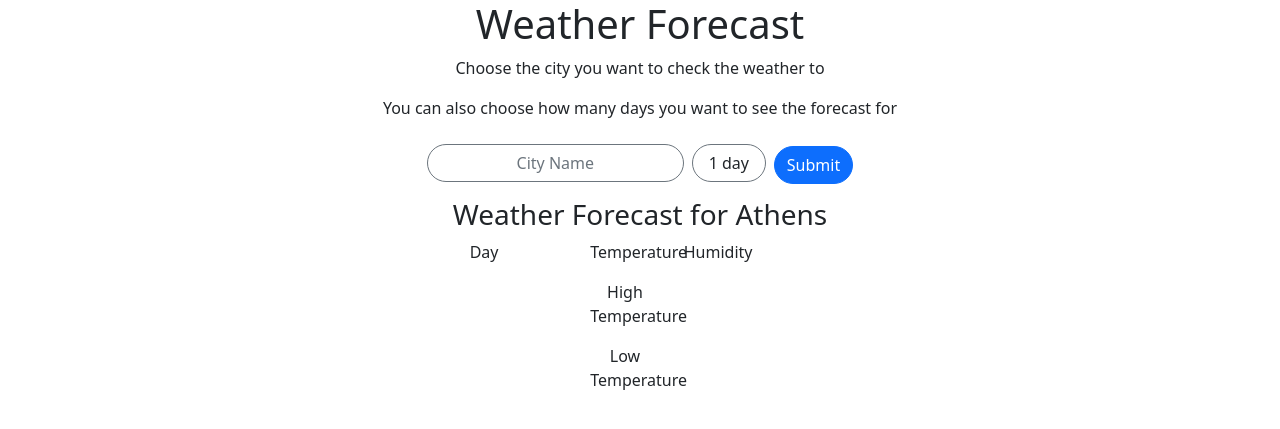
Repository: DimitrisDoxopoulos/my-own-weather-app
Page: /
An editor plug-in stored every save of this project. The page is shown before and after the next save, followed by the edit.
The browser window is 1280 px wide. The pictures show the whole page.
The project was rebuilt for these pictures with package versions that can differ from the ones it lists, and the page was loaded fresh each time.

Above is the page before, as saved 2021-06-03 19:06:35.

After the next save:
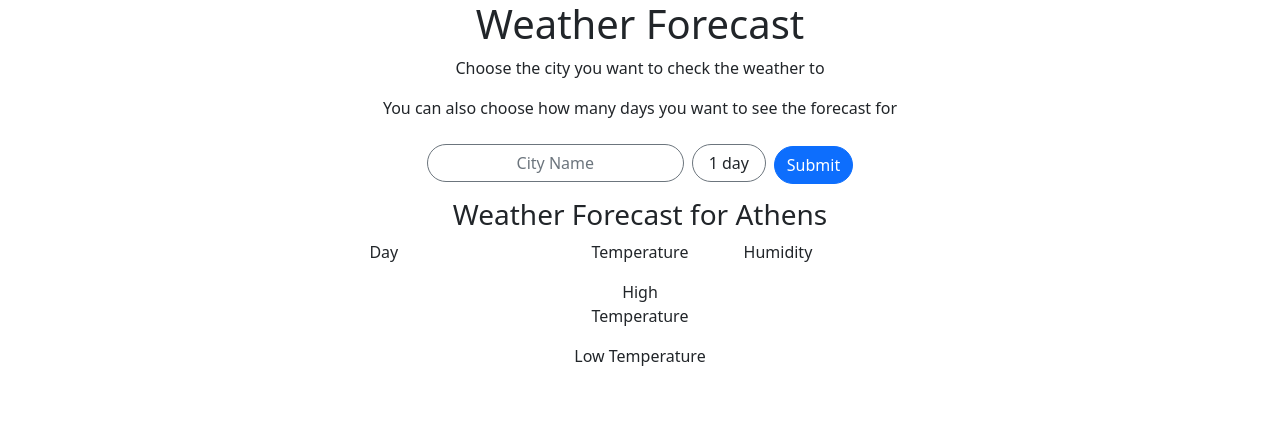
Saved 28 s later.
--- a/src/components/WeatherForecast.js
+++ b/src/components/WeatherForecast.js
@@ -13,14 +13,16 @@ const WeatherForecast = () => {
                         <image src="" alt='weather icon' />
                     </div>
                     <div className="col-3">
-                        <div className="col">
-                            <p>Temperature</p>
-                        </div>
-                        <div className="col">
-                            <p>High Temperature</p>
-                        </div>
-                        <div className="col">
-                            <p>Low Temperature</p>
+                        <div className="row">
+                            <div className="col">
+                                <p>Temperature</p>
+                            </div>
+                            <div className="col">
+                                <p>High Temperature</p>
+                            </div>
+                            <div className="col">
+                                <p>Low Temperature</p>
+                            </div>
                         </div>
                     </div>
                     <div className="col">
